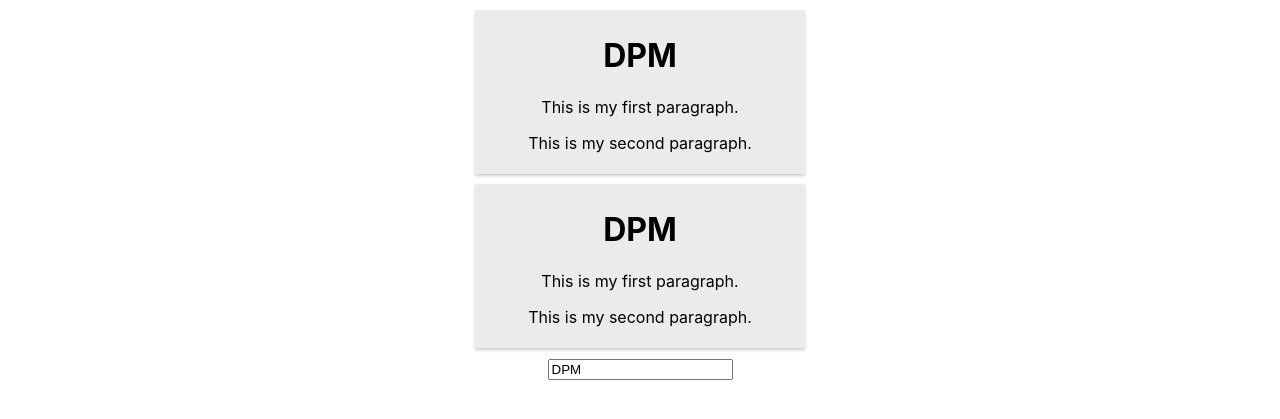
Repository: AidanHak/udemy-react-guide
Page: / (app in base-syntax--assignment-problem/)
These files come from the project's save history. The page is drawn as it stood at one moment and after the next save; the edit follows.
The browser window is 1280 px wide. The pictures show the whole page.
The project was rebuilt for these pictures with package versions that can differ from the ones it lists, and the page was loaded fresh each time.

Above is the page before, as saved 2020-12-17 19:36:14.

### base-syntax--assignment-problem/src/App.js
import React, { Component } from 'react';
import './App.css';
import UserInput from './UserInput/UserInput';
import UserOutput from './UserOutput/UserOutput';

class App extends Component {
	state = {
		username: 'DPM'
	}

	changeUsernameHandler = (event) => {
		this.setState({
			username: event.target.value
		})
	}

	render() {
		return (
		  <div className="App">
				<UserOutput
					username={this.state.username}></UserOutput>
				<UserOutput
					username={this.state.username}></UserOutput>
				<UserInput
					username={this.state.username}
					usernameChange={this.changeUsernameHandler}></UserInput>
		  </div>
		);
	}
}

export default App;

### base-syntax--assignment-problem/src/UserInput/UserInput.js
import React from 'react';

const UserInput = (props) => {
	return (
		<div className="UserInput">
			<input type="text" value={props.username} onChange={props.usernameChange} />
		</div>
	)
}

export default UserInput;

### base-syntax--assignment-problem/src/UserOutput/UserOutput.js
import React from 'react';
import './UserOutput.css';

const UserOutput = (props) => {
	const style = {
		width: '25%',
		padding:'5px',
		margin: '10px auto',
		boxShadow: '0 2px 3px #ccc'
	}

	return (
		<div className="UserOutput" style={style}>
			<h1>{props.username}</h1>
			<p>This is my first paragraph.</p>
			<p>This is my second paragraph.</p>
		</div>
	)
}

export default UserOutput;

### base-syntax--assignment-problem/src/UserOutput/UserOutput.css
.UserOutput {
	background-color:rgb(235, 235, 235);
}

### base-syntax--assignment-problem/src/UserInput/UserInput.css
.UserInput {
	background-color:red;
}

Loaded but not shown: base-syntax--assignment-problem/public/index.html (common file); base-syntax--assignment-problem/src/index.js (common file); base-syntax--assignment-problem/src/index.css (common file); base-syntax--assignment-problem/src/reportWebVitals.js (common file); base-syntax--assignment-problem/src/App.css (common file)

After the next save:
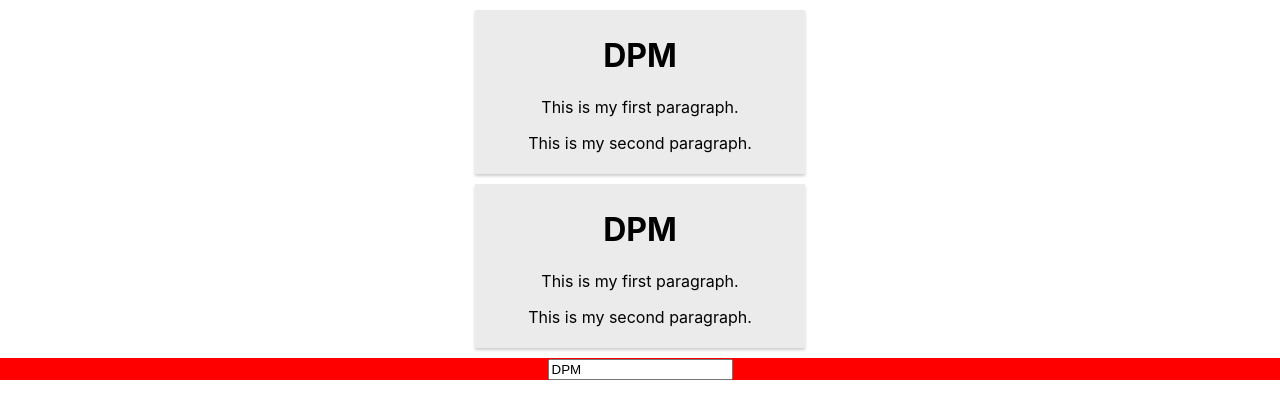
Saved 8 s later.
--- a/base-syntax--assignment-problem/src/UserInput/UserInput.js
+++ b/base-syntax--assignment-problem/src/UserInput/UserInput.js
@@ -1,4 +1,5 @@
 import React from 'react';
+import './UserInput.css';
 
 const UserInput = (props) => {
 	return (

After the 2 saves that followed:
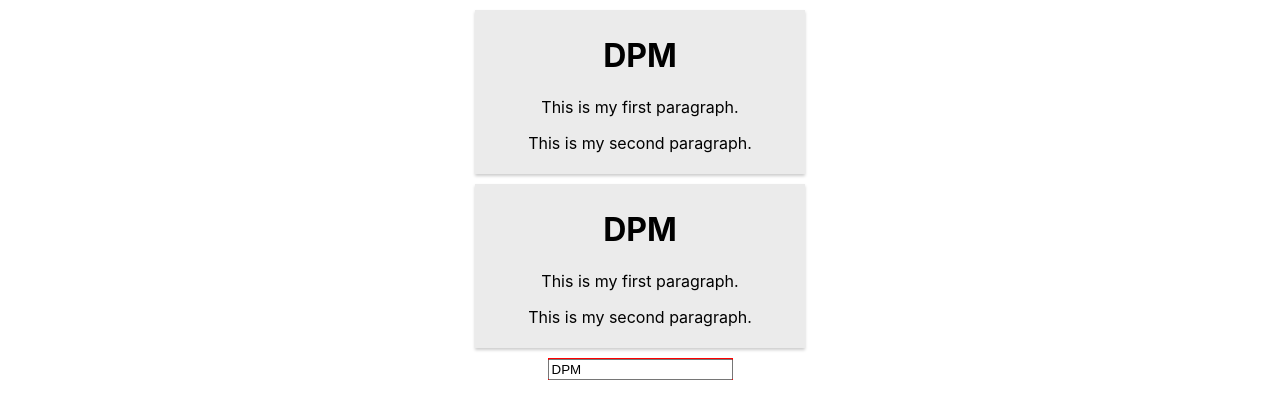
The 2 saves are shown as one change because 1 left the picture as it was.
The last was saved 20 s later.
--- a/base-syntax--assignment-problem/src/UserInput/UserInput.css
+++ b/base-syntax--assignment-problem/src/UserInput/UserInput.css
@@ -1,3 +1,6 @@
 .UserInput {
 	background-color:red;
+	width:auto;
+	display:inline-block;
+	margin:auto;
 }
